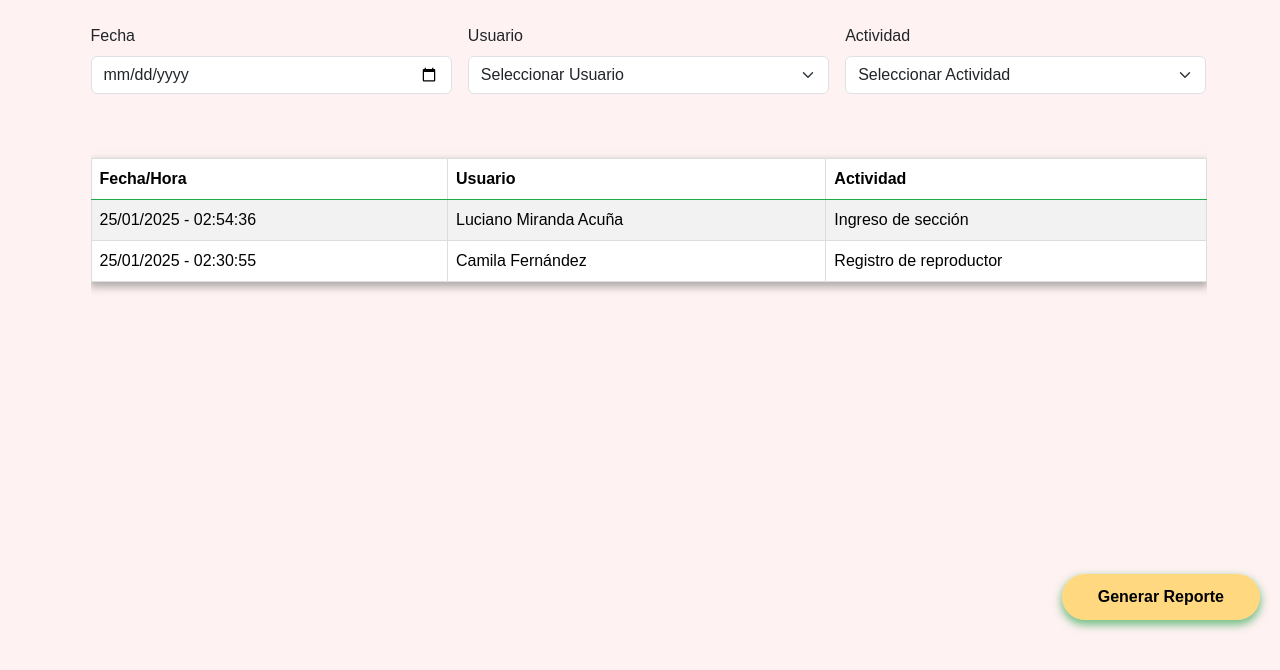
Repository: Mateojimenezz/Granja-Santa-Helena
Page: registroDeActividades.html
The author's editor kept a copy of each file at every save. The page is drawn from the files as they stood at one save, then again after the next save.
The browser window is 1280 px wide. The pictures show the whole page.

Above is the page before, as saved 2025-04-14 11:34:02.

### registroDeActividades.html
<!DOCTYPE html>
<html lang="es">
<head>
  <meta charset="UTF-8">
  <meta name="viewport" content="width=device-width, initial-scale=1.0">
  <title>Registro de Actividades</title>
  <link href="https://cdn.jsdelivr.net/npm/bootstrap@5.3.3/dist/css/bootstrap.min.css" rel="stylesheet" integrity="sha384-QWTKZyjpPEjISv5WaRU9OFeRpok6YctnYmDr5pNlyT2bRjXh0JMhjY6hW+ALEwIH" crossorigin="anonymous">
  <link rel="stylesheet" href="./assets/css/registroDeActividades.css">
  <link rel="stylesheet" href="./assets/css/tablas.css">
</head>
<body>

  <div class="container my-4">

     <!-- Filtros -->
     <div class="row g-3 mb-3">
        <div class="col-md-4">
          <label for="filterDate" class="form-label">Fecha</label>
          <input type="date" class="form-control" id="filterDate">
        </div>
        <div class="col-md-4">
          <label for="filterUser" class="form-label">Usuario</label>
          <select class="form-select" id="filterUser">
            <option selected disabled>Seleccionar Usuario</option>
            <option>Luciano Miranda Acuña</option>
            <option>Camila Fernández</option>
            <option>Juan Pérez</option>
          </select>
        </div>
        <div class="col-md-4">
          <label for="filterActivity" class="form-label">Actividad</label>
          <select class="form-select" id="filterActivity">
            <option selected disabled>Seleccionar Actividad</option>
            <option>Ingreso de sección</option>
            <option>Registro de reproductor</option>
            <option>Modificación de datos</option>
          </select>
        </div>
      </div>

      <!-- Tabla de Actividades -->
      <div id="activityTable" class="table-responsive">
        <table id="activityTableContent" class="table table-striped mt-5 ">
          <thead class="table">
            <tr>
              <th>Fecha/Hora</th>
              <th>Usuario</th>
              <th>Actividad</th>
            </tr>
          </thead>
          <tbody id="tableBody">
            <tr>
              <td>25/01/2025 - 02:54:36</td>
              <td>Luciano Miranda Acuña</td>
              <td>Ingreso de sección</td>
            </tr>
            <tr>
              <td>25/01/2025 - 02:30:55</td>
              <td>Camila Fernández</td>
              <td>Registro de reproductor</td>
            </tr>
          </tbody>
        </table>
      </div>
      <div class="no-results" id="noResults">No se encontraron resultados</div>
    </div>

    <!-- Botón Generar Reporte -->
    <footer class="d-flex justify-content-center align-items-center  text-white gap-4">
        <button id="generateReportButton" class="btn  sticky-button">Generar Reporte</button>
    </footer>

  <script src="https://cdn.jsdelivr.net/npm/bootstrap@5.3.3/dist/js/bootstrap.bundle.min.js" integrity="sha384-YvpcrYf0tY3lHB60NNkmXc5s9fDVZLESaAA55NDzOxhy9GkcIdslK1eN7N6jIeHz" crossorigin="anonymous"></script>
  <script src="https://cdnjs.cloudflare.com/ajax/libs/jspdf/2.4.0/jspdf.umd.min.js"></script>
  <script src="https://cdnjs.cloudflare.com/ajax/libs/jspdf-autotable/3.5.25/jspdf.plugin.autotable.min.js"></script>

  <script src="./assets/js/registroDeActividades.js"></script>

</body>
</html>

### assets/css/registroDeActividades.css
 /* Ajustes para la tabla */
 #activityTable {
    max-height: 400px; /* Limitar la altura de la tabla */
    overflow-y: auto; /* Habilitar scroll vertical si es necesario */
  }
  .sticky-button {
    position: fixed;
    bottom: 100px;
    right: 20px;
    z-index: 1000;
  }

  /* Mensaje cuando no hay resultados */
  .no-results {
    text-align: center;
    font-size: 1.2rem;
    color: red;
    display: none; /* Ocultar inicialmente */
  }
  table, th, td {
    border: 1px solid #ddd;
    box-shadow: 0 4px 8px 1px  rgba(120, 122, 120, 0.6) /* Sombra verde */

  }

### assets/css/tablas.css
@import "./variables.css";
body {
  background-color: var(--color-FondoDiv2);
    font-family: Arial;
    margin-left: 17px;
    padding: 0;
  }


  table {
    width: 100%;
    border-collapse: collapse;
    margin: 0 auto;

  }

  table, th, td {
    border: 1px solid #ddd;
    box-shadow: 0 4px 8px 1px  rgba(120, 122, 120, 0.6) /* Sombra verde */

  }

  th, td {
    padding: 10px;
    text-align: left;
  }

  th {
    border-bottom: 1px solid var(--color-principal);


  }

  .btn {
    background-color: var(  --color-Botones);
    padding: 10px 35px;
    border-radius: 30px;
    color: black;
    font-weight: bold;
    box-shadow: 0 4px 8px 1px  rgba(25, 157, 60, 0.6) /* Sombra verde */
  }
  .btn:hover {
    background-color: #f4cf50; /* Tonalidad más oscura */
    color: black;
  }
  .btn:active {
    background-color:var(--color-principal)!important;
    color: white !important;
    box-shadow: none !important;
  }
  .btn-agregar-usuario {
    text-decoration: none;
    padding: 10px 15px;
    color:var(  --color-TextoMenuLateral);

  }
  .btn-agregar-usuario:hover {
    color:var(--color-principal); /* Cambia el color al pasar el mouse */
    text-decoration: underline; /* Subraya el texto */
  }

  /* Eliminar bordes de los inputs */
  .input-no-border {
    border: none; /* Sin bordes */
    outline: none; /* Sin resalte al enfocarse */
    background-color: transparent; /* Fondo transparente */
    width: 100%; /* Ocupa el ancho disponible */
  }

  /* Ajuste de tablas para diseño responsivo */
  #userTable {
    width: 100%; /* Ancho total de la tabla */
  }

  #userTable input,
  #userTable select {
    font-size: 0.9rem; /* Ajusta el tamaño del texto */
  }


  footer {
    text-align: center;
    padding: 10px;
  }
  @media (max-width: 768px) {
    .fixed-buttons {
      position: fixed;
      bottom: 20px;
      left: 20px;
      z-index: 1000;
    }

    #userTable {
      overflow-x: auto; /* Scroll horizontal en pantallas pequeñas */
      display: block;
    }
  }

  /* Opcional para mejorar el diseño */
  #userTable {
    width: 100%; /* Ocupa todo el ancho del contenedor */
  }

### assets/js/registroDeActividades.js

  // Función para filtrar la tabla
  document.addEventListener('DOMContentLoaded', function () {
    const filterDate = document.getElementById('filterDate');
    const filterUser = document.getElementById('filterUser');
    const filterActivity = document.getElementById('filterActivity');
    const tableBody = document.getElementById('tableBody');
    const noResults = document.getElementById('noResults');

    function filterTable() {
      const rows = tableBody.querySelectorAll('tr');
      let visibleRows = 0;

      rows.forEach(row => {
        const [dateCell, userCell, activityCell] = row.cells;
        const matchesDate = !filterDate.value || dateCell.textContent.includes(filterDate.value);
        const matchesUser = !filterUser.value || userCell.textContent.includes(filterUser.value);
        const matchesActivity = !filterActivity.value || activityCell.textContent.includes(filterActivity.value);

        if (matchesDate && matchesUser && matchesActivity) {
          row.style.display = ''; // Mostrar fila
          visibleRows++;
        } else {
          row.style.display = 'none'; // Ocultar fila
        }
      });

      noResults.style.display = visibleRows === 0 ? 'block' : 'none'; // Mostrar mensaje si no hay resultados
    }

    filterDate.addEventListener('change', filterTable);
    filterUser.addEventListener('change', filterTable);
    filterActivity.addEventListener('change', filterTable);
  });

  // Función para el botón de generar reporte
  document.getElementById('generateReportButton').addEventListener('click', function () {
    alert('Reporte generado exitosamente.');
  });
   // Función para generar el PDF
   document.getElementById('generateReportButton').addEventListener('click', function () {
    const { jsPDF } = window.jspdf;
    const doc = new jsPDF();

    // Configuración de la tabla para el PDF
    doc.autoTable({
      html: '#activityTableContent', // Selección de la tabla HTML
      startY: 10, // Posición inicial en el PDF
      theme: 'grid', // Tema del diseño (grid, plain, striped)
      headStyles: { fillColor: [22, 160, 133] }, // Estilo para el encabezado
      margin: { top: 20 }, // Margen superior
    });

    // Guarda el PDF con un nombre específico
    doc.save('registro_actividades.pdf'); // Descarga el archivo
  });

### assets/css/variables.css
/* variables.css */
:root {
    --color-principal: #1CAD48 ;
    --color-Botones: rgba(255, 187, 0, 0.47);
    --color-texto: white;
    --color-fondo: #f5f5f5;
    --font-principal: 'calistoga','arial';
    --color-fondoDiv: #F8E91C;
    --color-FondoDiv2:#FFF2F2;
    --color-Footter: #D9D9D9;
    --letra-gris: #B0B0B7;
    --color-menu-lateral:#BDEAAD;
    --color-TextoMenuLateral:#645f5f; /* Color de texto del menú lateral */
  }

After the next save:
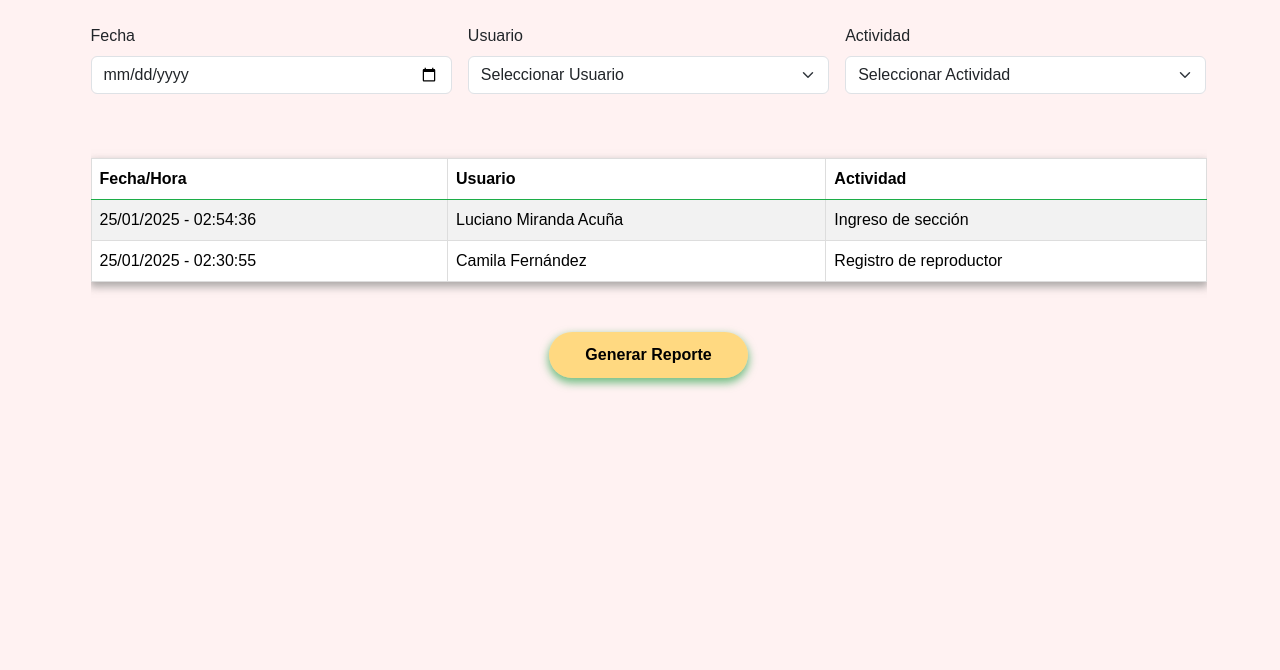
Saved 27 s later.
--- a/registroDeActividades.html
+++ b/registroDeActividades.html
@@ -67,7 +67,7 @@
 
     <!-- Botón Generar Reporte -->
     <footer class="d-flex justify-content-center align-items-center  text-white gap-4">
-        <button id="generateReportButton" class="btn  sticky-button">Generar Reporte</button>
+        <button id="generateReportButton" class="btn ">Generar Reporte</button>
     </footer>
 
   <script src="https://cdn.jsdelivr.net/npm/bootstrap@5.3.3/dist/js/bootstrap.bundle.min.js" integrity="sha384-YvpcrYf0tY3lHB60NNkmXc5s9fDVZLESaAA55NDzOxhy9GkcIdslK1eN7N6jIeHz" crossorigin="anonymous"></script>
